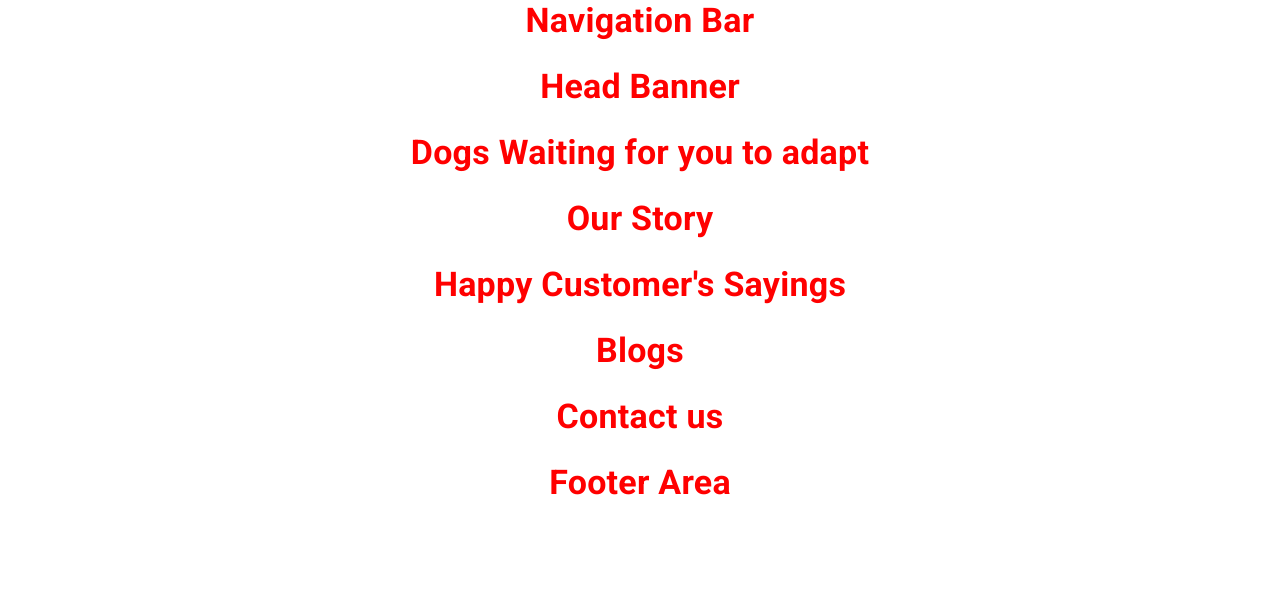
Repository: Sharif-00112/dogos-paradise-client
Page: /
The author's editor kept a copy of each file at every save. The page is drawn from the files as they stood at one save, then again after the next save.
The browser window is 1280 px wide. The pictures show the whole page.
The project was rebuilt for these pictures with package versions that can differ from the ones it lists, and the page was loaded fresh each time. Also part of the build but not shown: src/Pages/Login/Login/Login.js, src/Pages/Login/Register/Register.js, src/Pages/NotFound/NotFound.js.

Above is the page before, as saved 2022-11-30 21:31:35.

After the next save:
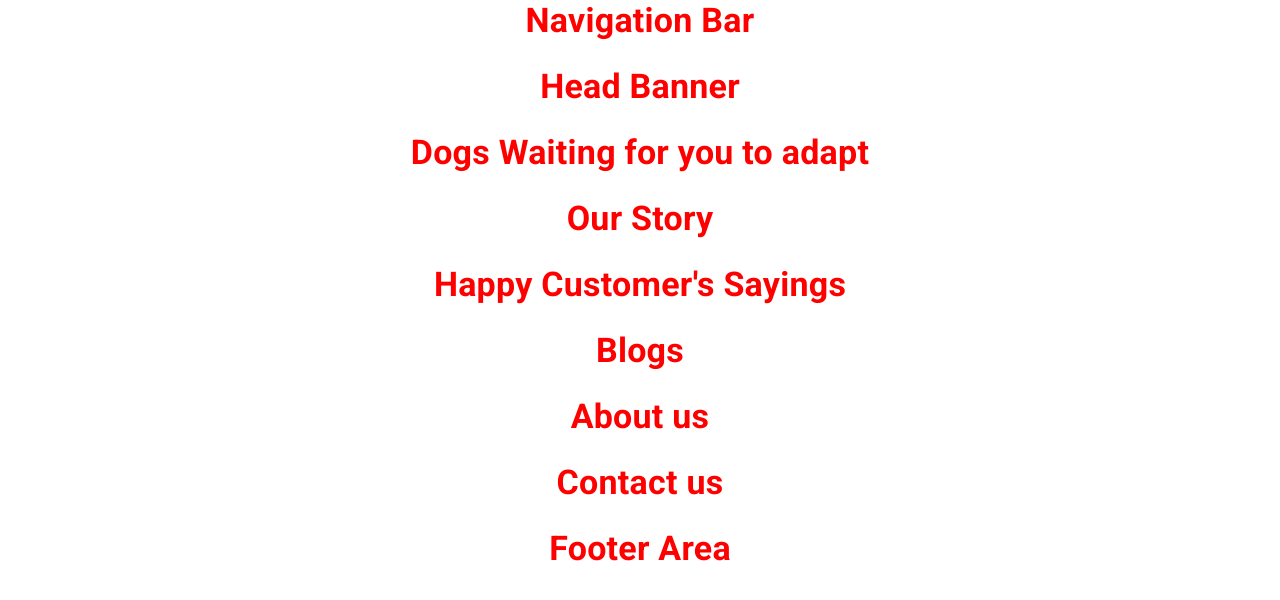
Saved 2 min 17 s later.
--- a/src/Pages/Home/Home/Home.js
+++ b/src/Pages/Home/Home/Home.js
@@ -1,6 +1,7 @@
 import React from 'react';
 import Footer from '../../Shared/Footer/Footer';
 import Navigation from '../../Shared/Navigation/Navigation';
+import About from '../About/About';
 import Banner from '../Banner/Banner';
 import Blogs from '../Blogs/Blogs';
 import Contact from '../Contact/Contact';
@@ -17,6 +18,7 @@ const Home = () => {
             <Story></Story>
             <CustomerReviews></CustomerReviews>
             <Blogs></Blogs>
+            <About></About>
             <Contact></Contact>
             <Footer></Footer>
         </div>
